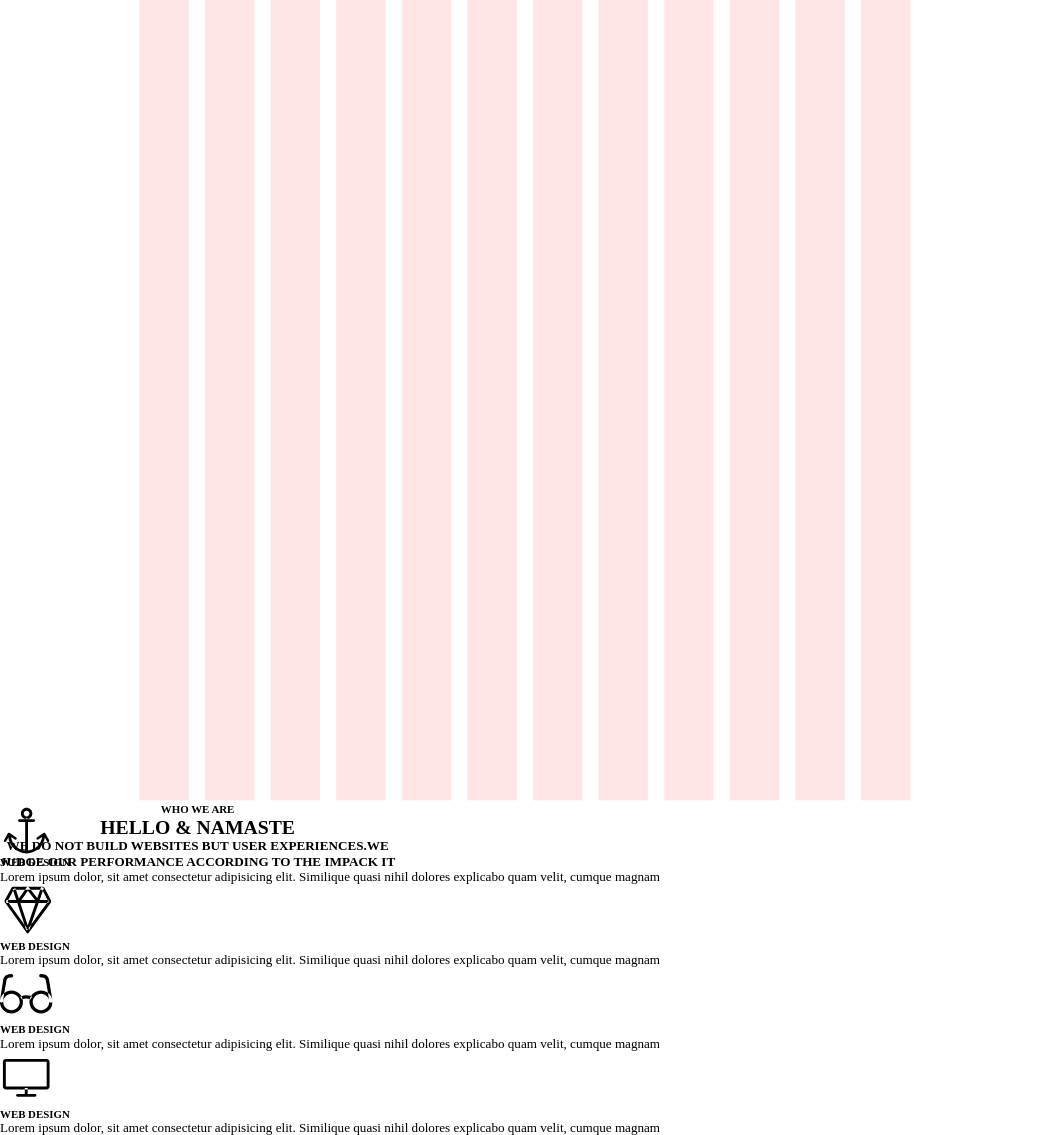
Repository: shpakovskaya/github.io
Page: boxsizing/namastegreen/index.html
The author's editor kept a copy of each file at every save. The page is drawn from the files as they stood at one save, then again after the next save.
The browser window is 1280 px wide. The pictures show the whole page, at 82% of full size.

Above is the page before, as saved 2021-11-20 18:07:16.

After the next save:
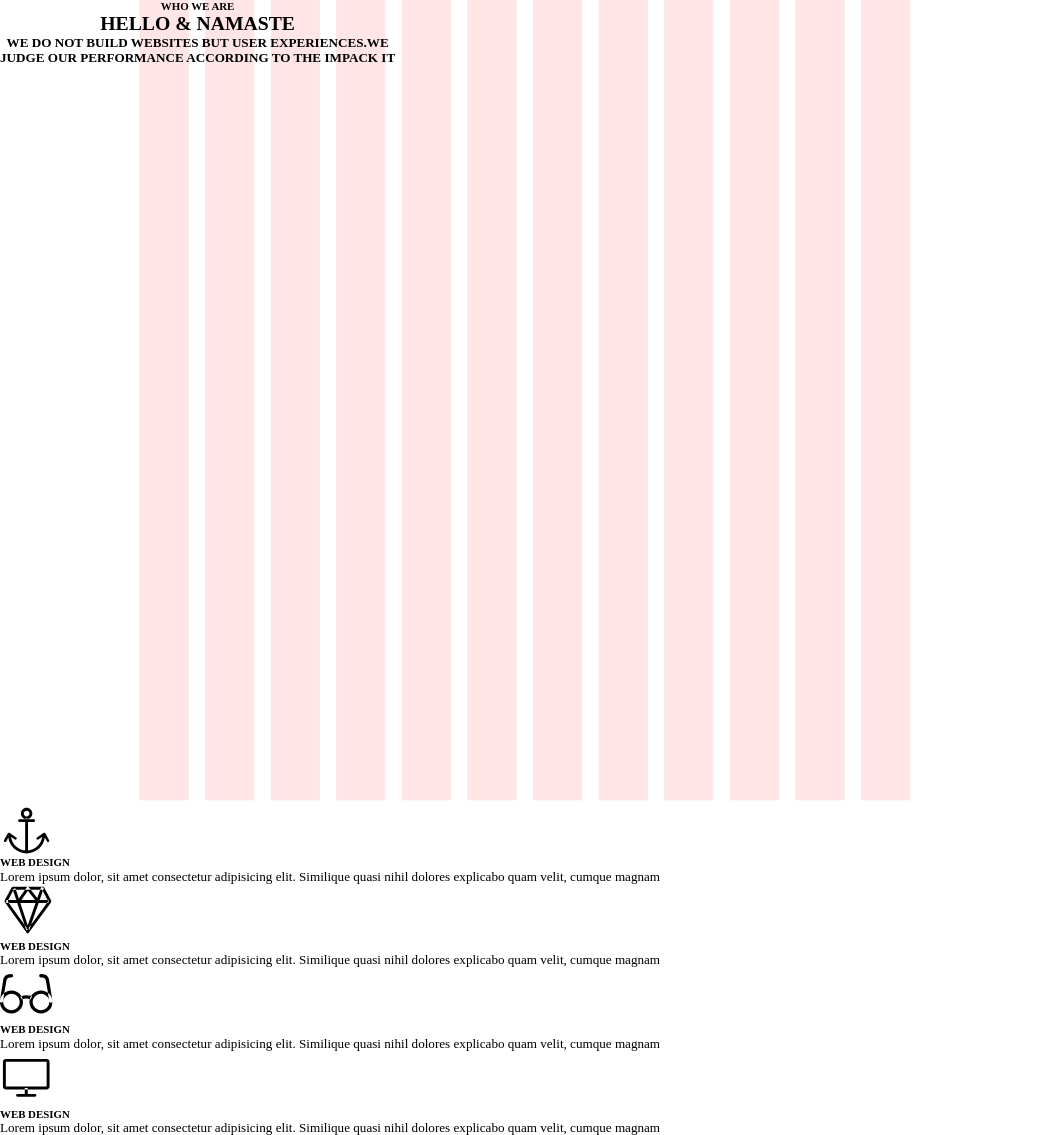
Saved 25 min 19 s later.
--- a/boxsizing/namastegreen/style.css
+++ b/boxsizing/namastegreen/style.css
@@ -12,7 +12,7 @@
 
 .header {
   position: absolute;
-  padding-top: 0px;
+  top: 0px;
 }
 
 .header__wrapper {
